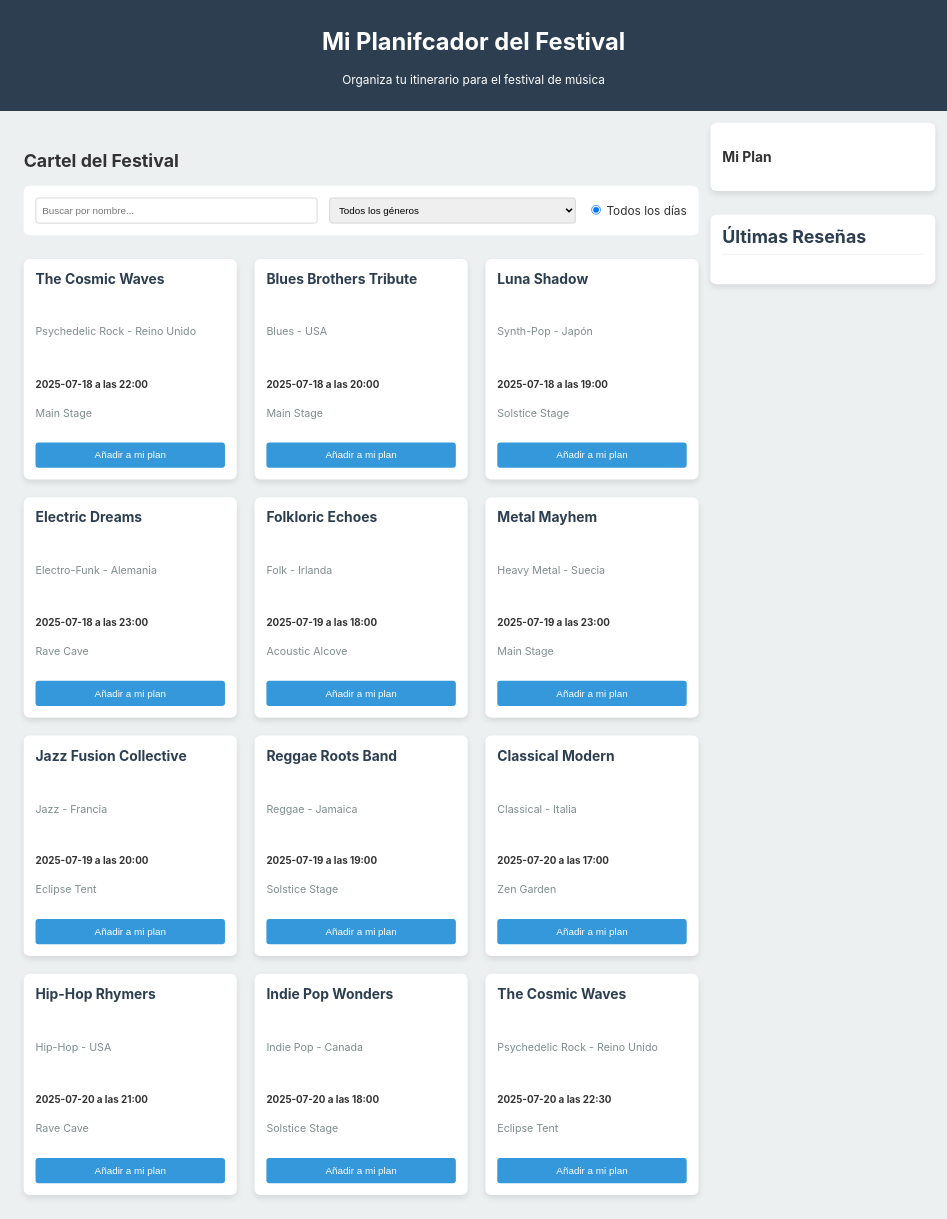
Repository: rotoforze/DWEC
Page: 2_examen_alexBernardos/index.html
The author's editor kept a copy of each file at every save. The page is drawn from the files as they stood at one save, then again after the next save.
The browser window is 1280 px wide. The pictures show the whole page, at 74% of full size.

Above is the page before, as saved 2025-12-12 11:35:43.

### 2_examen_alexBernardos/index.html
<!DOCTYPE html>
<html lang="es">
<head>
    <meta charset="UTF-8">
    <meta name="viewport" content="width=device-width, initial-scale=1.0">
    <title>Festival</title>
    <link rel="stylesheet" href="css/style.css">
</head>
<body>
    <!-- Encabezado principal de la aplicación -->
    <header>
        <h1>Mi Planifcador del Festival</h1>
        <p>Organiza tu itinerario para el festival de música</p>
    </header>

    <!-- Contenedor principal de la aplicación: organiza el dashboard y la columna derecha -->
    <div class="container">
        <!-- Sección principal del dashboard: muestra el cartel del festival y los filtros -->
        <main id="dashboard">
            <h2>Cartel del Festival</h2>
            <!-- Formulario de filtros para buscar y categorizar artistas -->
            <form id="filter-form">
                <input type="text" id="search-name" placeholder="Buscar por nombre...">
                <select id="filter-genre">
                    <option value="">Todos los géneros</option>
                    <!-- Las opciones de género se cargarán aquí dinámicamente mediante JavaScript -->
                </select>
                <div id="filter-day" class="radio-group">
                    <label><input type="radio" name="day" value="" checked> Todos los días</label>
                    <!-- Las opciones de día se cargarán aquí dinámicamente mediante JavaScript -->
                </div>
            </form>
            <!-- Contenedor donde se mostrarán las tarjetas de los artistas filtrados -->
            <div id="artist-list" class="grid-container">
                <!-- Las tarjetas de artistas se insertarán aquí por JavaScript -->
            </div>
        </main>

        <!-- Columna lateral derecha: contiene el plan del usuario y las reseñas -->
        <div class="right-column">
            <!-- Sección para el plan personalizado del usuario -->
            <aside id="my-plan-container">
                <h3>Mi Plan</h3>
                <!-- Lista donde se añadirán las actuaciones seleccionadas por el usuario -->
                <ul id="plan-list">
                    <!-- Las actuaciones añadidas aparecerán aquí por JavaScript -->
                </ul>
            </aside>
            <!-- Sección para mostrar las reseñas de los artistas -->
            <section id="reviews-section">
                <h2>Últimas Reseñas</h2>
                <!-- Contenedor donde se mostrarán las tarjetas de las reseñas -->
                <div id="reviews-list">
                    <!-- Las reseñas se insertarán aquí por JavaScript -->
                </div>
            </section>
        </div>
    </div>

    <!-- Modal para el formulario de reseña (inicialmente oculto) -->
    <div id="review-modal" class="modal-overlay" style="display: none;">
        <div class="modal-content">
            <button class="close-modal">&times;</button>
            <h3 id="modal-artist-name">Dejar reseña para...</h3>
            <!-- Formulario de reseña del artista. La validación se realiza en el cliente. -->
            <form id="review-form" novalidate>
                <div class="form-group">
                    <label>Calificación:</label>
                    <div class="star-rating">
                        <!-- Campos de radio para la calificación por estrellas (5 a 1) -->
                        <input type="radio" id="star5" name="rating" value="5" required><label for="star5" title="5 stars">★</label>
                        <input type="radio" id="star4" name="rating" value="4"><label for="star4" title="4 stars">★</label>
                        <input type="radio" id="star3" name="rating" value="3"><label for="star3" title="3 stars">★</label>
                        <input type="radio" id="star2" name="rating" value="2"><label for="star2" title="2 stars">★</label>
                        <input type="radio" id="star1" name="rating" value="1"><label for="star1" title="1 star">★</label>
                    </div>
                    <span class="error-message"></span>
                </div>
                <div class="form-group">
                    <label for="comment">Comentario:</label>
                    <textarea id="comment" name="comment" rows="4" minlength="15" required></textarea>
                    <span class="error-message"></span>
                </div>
                <div class="form-group">
                    <label for="email">Email:</label>
                    <input type="email" id="email" name="email" required>
                    <span class="error-message"></span>
                </div>
                <button type="submit">Enviar Reseña</button>
            </form>
        </div>
    </div>


    <!-- Mensaje de éxito temporal para confirmaciones de usuario (inicialmente oculto) -->
    <div id="success-message" class="success-message" style="display: none;"></div>

    <!-- Enlace al archivo JavaScript principal de la aplicación.
         El atributo 'type="module"' permite usar importaciones y exportaciones de módulos. -->
    <script src="js/main.js" type="module"></script>
</body>
</html>

### 2_examen_alexBernardos/css/style.css
/* --- GENERALES Y LAYOUT --- */
/* Este bloque define variables globales (--variable) para la paleta de colores y estilos reutilizables.
   También establece los estilos base para la página, como la fuente y la maquetación principal de dos columnas usando Flexbox. */
:root {
    --primary-color: #2c3e50;
    --secondary-color: #3498db;
    --background-color: #ecf0f1;
    --card-bg-color: #ffffff;
    --text-color: #333;
    --error-color: #e74c3c;
    --success-color: #2ecc71;
    --star-color: #f1c40f;
    --border-radius: 8px;
    --box-shadow: 0 4px 8px rgba(0, 0, 0, 0.1);
}

body {
    font-family: -apple-system, BlinkMacSystemFont, "Segoe UI", Roboto, Helvetica, Arial, sans-serif;
    margin: 0;
    background-color: var(--background-color);
    color: var(--text-color);
}

header {
    background-color: var(--primary-color);
    color: white;
    padding: 1rem 2rem;
    text-align: center;
}

.container {
    display: flex;
    flex-wrap: wrap;
    padding: 1rem;
}

main#dashboard {
    flex: 3;
    min-width: 300px;
    padding: 1rem;
}

.right-column {
    flex: 1;
    min-width: 300px;
    display: flex;
    flex-direction: column;
    gap: 2rem;
}

aside#my-plan-container {
    background-color: var(--card-bg-color);
    padding: 1rem;
    border-radius: var(--border-radius);
    box-shadow: var(--box-shadow);
}

/* --- FORMULARIO DE FILTROS --- */
/* Estilos para el formulario que permite al usuario buscar y filtrar artistas. */
#filter-form {
    display: flex;
    flex-wrap: wrap;
    gap: 1rem;
    margin-bottom: 2rem;
    background-color: var(--card-bg-color);
    padding: 1rem;
    border-radius: var(--border-radius);
}

#filter-form input[type="text"],
#filter-form select {
    padding: 0.5rem;
    border: 1px solid #ccc;
    border-radius: 4px;
    flex-grow: 1;
}

.radio-group {
    display: flex;
    gap: 1rem;
    align-items: center;
}

/* --- TARJETAS DE ARTISTAS --- */
/* Define el layout de parrilla para las tarjetas de artistas y el estilo de cada tarjeta individual,
   incluyendo efectos visuales como sombras y animaciones al pasar el ratón. */
.grid-container {
    display: grid;
    grid-template-columns: repeat(auto-fill, minmax(220px, 1fr));
    gap: 1.5rem;
}

.artist-card {
    background: var(--card-bg-color);
    border-radius: var(--border-radius);
    box-shadow: var(--box-shadow);
    padding: 1rem;
    transition: transform 0.2s, box-shadow 0.2s;
    display: flex;
    flex-direction: column;
}

.artist-card:hover {
    transform: translateY(-5px);
    box-shadow: 0 8px 16px rgba(0, 0, 0, 0.15);
}

.artist-card h3 {
    margin-top: 0;
    color: var(--primary-color);
}

.artist-card p {
    font-size: 0.9rem;
    color: #7f8c8d;
    margin: 0.5rem 0;
}

.card-schedule-info {
    font-size: 0.85rem;
    color: #34495e;
    background-color: #f8f9f9;
    padding: 0.5rem;
    border-radius: 4px;
    margin: 1rem 0;
    border-left: 3px solid var(--secondary-color);
}

.card-schedule-info span {
    display: block;
}

.card-schedule-info span:first-child {
    font-weight: bold;
}

.artist-card button {
    background-color: var(--secondary-color);
    color: white;
    border: none;
    padding: 0.6rem 1rem;
    border-radius: 4px;
    cursor: pointer;
    width: 100%;
    margin-top: auto; /* Empuja el botón al final */
    transition: background-color 0.2s;
}

.artist-card button:hover {
    background-color: #2980b9;
}

/* --- SECCIÓN "MI PLAN" --- */
/* Estilos para la lista de actuaciones que el usuario ha seleccionado.
   Incluye el estilo de cada elemento de la lista y sus botones de acción (Eliminar, Dejar reseña). */
#plan-list {
    list-style-type: none;
    padding: 0;
    margin: 0;
}

#plan-list li {
    background-color: #f9f9f9;
    padding: 0.8rem;
    margin-bottom: 0.8rem;
    border-radius: 4px;
    border-left: 5px solid var(--secondary-color);
    position: relative;
}

#plan-list .plan-item-info strong {
    display: block;
    color: var(--primary-color);
}

#plan-list .plan-item-info span {
    font-size: 0.85rem;
    color: #7f8c8d;
}

#plan-list .plan-item-actions {
    margin-top: 0.5rem;
    display: flex;
    gap: 0.5rem;
}

.plan-item-actions button {
    font-size: 0.75rem;
    padding: 0.3rem 0.6rem;
    border-radius: 3px;
    cursor: pointer;
    border: 1px solid;
}

.btn-delete {
    border-color: var(--error-color);
    color: var(--error-color);
    background: transparent;
}
.btn-review {
    border-color: var(--secondary-color);
    color: var(--secondary-color);
    background: transparent;
}
.btn-review:disabled {
    border-color: #ccc;
    color: #ccc;
    cursor: not-allowed;
}


/* --- MODAL --- */
/* Estilos para la ventana modal que aparece superpuesta.
   Define la capa de fondo oscura y el contenedor del contenido del modal. */
.modal-overlay {
    position: fixed;
    top: 0;
    left: 0;
    width: 100%;
    height: 100%;
    background-color: rgba(0, 0, 0, 0.6);
    display: flex;
    justify-content: center;
    align-items: center;
    z-index: 1000;
}

.modal-content {
    background: white;
    padding: 2rem;
    border-radius: var(--border-radius);
    width: 90%;
    max-width: 500px;
    position: relative;
}

.close-modal {
    position: absolute;
    top: 1rem;
    right: 1rem;
    background: none;
    border: none;
    font-size: 1.5rem;
    cursor: pointer;
}

/* --- FORMULARIO DE RESEÑA --- */
/* Define los estilos para el formulario dentro del modal, incluyendo los campos de entrada,
   los mensajes de error de validación y el sistema de calificación por estrellas. */
#review-form .form-group {
    margin-bottom: 1rem;
}

#review-form label {
    display: block;
    margin-bottom: 0.3rem;
}

#review-form input,
#review-form textarea {
    width: 100%;
    padding: 0.5rem;
    border: 1px solid #ccc;
    border-radius: 4px;
    box-sizing: border-box;
}

#review-form button {
    background-color: var(--success-color);
    color: white;
    padding: 0.7rem 1.5rem;
    border: none;
    border-radius: 4px;
    cursor: pointer;
}
.error-message {
    color: var(--error-color);
    font-size: 0.8rem;
    height: 1rem;
    display: block;
}
input:invalid, textarea:invalid {
    border-color: var(--error-color);
}

/* Star Rating: Implementación de calificación por estrellas con inputs de radio y CSS. */
.star-rating {
    display: flex;
    flex-direction: row-reverse;
    justify-content: flex-end;
}

.star-rating input[type="radio"] {
    display: none;
}

.star-rating label {
    color: #ccc;
    cursor: pointer;
    font-size: 2rem;
    margin: 0;
}

.star-rating input[type="radio"]:checked ~ label,
.star-rating label:hover,
.star-rating label:hover ~ label {
    color: var(--star-color);
}

/* --- MENSAJE DE ÉXITO --- */
/* Estilos para la notificación flotante que aparece tras enviar una reseña. */
.success-message {
    position: fixed;
    bottom: 20px;
    left: 50%;
    transform: translateX(-50%);
    background-color: var(--success-color);
    color: white;
    padding: 1rem 2rem;
    border-radius: var(--border-radius);
    z-index: 1001;
    box-shadow: var(--box-shadow);
}


/* --- SECCIÓN DE RESEÑAS --- */
/* Estilos para la sección que muestra las reseñas enviadas y el formato de cada tarjeta de reseña. */
#reviews-section {
    background-color: var(--card-bg-color);
    padding: 1rem;
    border-radius: var(--border-radius);
    box-shadow: var(--box-shadow);
}

#reviews-section h2 {
    text-align: left;
    margin-top: 0;
    margin-bottom: 1.5rem;
    padding-bottom: 0.5rem;
    border-bottom: 1px solid #eee;
    color: var(--primary-color);
}

#reviews-list {
    display: flex;
    flex-direction: column;
    gap: 1rem;
}

.review-card {
    background: #f9f9f9;
    border-radius: var(--border-radius);
    padding: 1rem;
    display: flex;
    flex-direction: column;
    border-left: 5px solid var(--secondary-color);
}

.review-card h4 {
    margin: 0 0 0.5rem 0;
    color: var(--primary-color);
}

.review-card-rating {
    color: var(--star-color);
    font-size: 1.2rem;
    margin-bottom: 1rem;
}

.review-card-comment {
    font-style: italic;
    color: #555;
    margin: 0;
}


/* --- RESPONSIVE --- */
/* Contiene las Media Queries para adaptar el diseño a diferentes tamaños de pantalla,
   como apilar las columnas en dispositivos móviles. */
@media (max-width: 992px) {
    .container {
        flex-direction: column;
    }
    .right-column {
        margin-top: 2rem;
        gap: 2rem;
    }
}

### 2_examen_alexBernardos/js/main.js
// js/main.js

import { cargarDatos } from "./dataManager.js";

function init(){
    // iniciamos la app
    console.log('%c Iniciando...', "color:green;");

    cargarDatos();

}


document.addEventListener('DOMContentLoaded', init);

### 2_examen_alexBernardos/js/dataManager.js
import { renderTarjetas } from "./renderer.js";

let horarios;
let artistas;
let escenarios;
let generos = [];


export async function cargarDatos() {

    console.log('%c Cargando datos de horarios.json, artistas.json, escenarios.json.', 'color:blue;');
    // guardo los horarios
    horarios = await fetchRute("./data/horarios.json");
    // guardo los artistas
    artistas = await fetchRute("./data/artistas.json");
    // guardo los escenarios
    escenarios = await fetchRute("./data/escenarios.json");
    console.log('%c Datos de horarios.json, artistas.json, escenarios.json, cargados correctamente.', 'color:blue;');

    sacarGeneros();
    ponerGenerosEnSelect();
    renderTarjetas(horarios);
}

/**
 * Saca los generos de los artistas y los mete en un array
 * no admite duplicados
 */
function sacarGeneros() {
    for (const artista of artistas) {
        if (!generos.includes(artista.genero)) {
            generos.push(artista.genero);
        }
    }
}

/**
 * Pone los generos en el select.
 */
function ponerGenerosEnSelect() {
    const listaGeneros = document.querySelector('#filter-genre');
    generos.map((genero, clave) => {
        listaGeneros.innerHTML += (`
            <option value="${clave}">${genero}</option>
            `);
    })
}

/**
 * Recibe un id de un artista y devuelve el objeto correspondiente
 *
 * @param {String} id
 * @returns {object}
 */
export function getArtista(id) {
    for (const artista of artistas) {
        if (artista.id == id) {
            return artista;
        }
    }
}

/**
 * Recibe un id de un escenario y devuelve el objeto correspondiente
 *
 * @param {String} id
 * @returns {object}
 */
export function getEscenario(id) {
    for (const escenario of escenarios) {
        if (escenario.id == id) {
            return escenario;
        }
    }
}

/**
 * Recibe una ruta, usando una promesa, hace un fetch y devuelve su resultado.
 *
 * @param {File} rute
 */
async function fetchRute(rute) {
    return new Promise((resolve, reject) =>
        fetch(rute)
            .then(resp => resp.json())
            .then((data) => resolve(data))
            .catch((error) => reject(error)));
}

### 2_examen_alexBernardos/js/renderer.js
import { getArtista, getEscenario } from "./dataManager.js";

export function renderTarjetas(horarios) {
    const contenedor = document.querySelector("#artist-list");
    contenedor.innerHTML = "";
    for (const horario of horarios) {
        contenedor.innerHTML += nuevaTarjeta(horario.artistaId, horario.dia,
                                    horario.horaInicio, horario.escenarioId);
    }
}

function nuevaTarjeta(artistaId, dia, horaInicio, escenarioId) {
    return (`
        <div class="grid-container artist-card">
            <h3>${getArtista(artistaId).nombre}</h3>
            <p>${getArtista(artistaId).genero} - ${getArtista(artistaId).pais}</p>
            <div>
                <h5>${dia} a las ${horaInicio}</h5>
                <p>${getEscenario(escenarioId).nombre}</p>
            </div>
            <button>Añadir a mi plan</button>
        </div>
        `)
}

### 2_examen_alexBernardos/data/horarios.json
[
  {
    "artistaId": "a1",
    "escenarioId": "e6",
    "dia": "2025-07-18",
    "horaInicio": "22:00",
    "duracion": 90
  },
  {
    "artistaId": "a3",
    "escenarioId": "e6",
    "dia": "2025-07-18",
    "horaInicio": "20:00",
    "duracion": 90
  },
  {
    "artistaId": "a2",
    "escenarioId": "e1",
    "dia": "2025-07-18",
    "horaInicio": "19:00",
    "duracion": 60
  },
  {
    "artistaId": "a4",
    "escenarioId": "e4",
    "dia": "2025-07-18",
    "horaInicio": "23:00",
    "duracion": 75
  },
  {
    "artistaId": "a5",
    "escenarioId": "e5",
    "dia": "2025-07-19",
    "horaInicio": "18:00",
    "duracion": 60
  },
  {
    "artistaId": "a6",
    "escenarioId": "e6",
    "dia": "2025-07-19",
    "horaInicio": "23:00",
    "duracion": 120
  },
  {
    "artistaId": "a7",
    "escenarioId": "e2",
    "dia": "2025-07-19",
    "horaInicio": "20:00",
    "duracion": 90
  },
  {
    "artistaId": "a8",
    "escenarioId": "e1",
    "dia": "2025-07-19",
    "horaInicio": "19:00",
    "duracion": 75
  },
  {
    "artistaId": "a9",
    "escenarioId": "e3",
    "dia": "2025-07-20",
    "horaInicio": "17:00",
    "duracion": 60
  },
  {
    "artistaId": "a10",
    "escenarioId": "e4",
    "dia": "2025-07-20",
    "horaInicio": "21:00",
    "duracion": 90
  },
  {
    "artistaId": "a11",
    "escenarioId": "e1",
    "dia": "2025-07-20",
    "horaInicio": "18:00",
    "duracion": 75
  },
  {
    "artistaId": "a1",
    "escenarioId": "e2",
    "dia": "2025-07-20",
    "horaInicio": "22:30",
    "duracion": 90
  }
]

### 2_examen_alexBernardos/data/artistas.json
[
  {
    "id": "a1",
    "nombre": "The Cosmic Waves",
    "genero": "Psychedelic Rock",
    "pais": "Reino Unido",
    "miembros": ["Alex", "Zoe", "Sam", "Leo"],
    "fansEstimados": 12000
  },
  {
    "id": "a2",
    "nombre": "Luna Shadow",
    "genero": "Synth-Pop",
    "pais": "Japón",
    "miembros": ["Yuki"],
    "fansEstimados": 8000
  },
  {
    "id": "a3",
    "nombre": "Blues Brothers Tribute",
    "genero": "Blues",
    "pais": "USA",
    "miembros": ["Jake", "Elwood"],
    "fansEstimados": 15000
  },
  {
    "id": "a4",
    "nombre": "Electric Dreams",
    "genero": "Electro-Funk",
    "pais": "Alemania",
    "miembros": ["DJ Spark", "BassBot"],
    "fansEstimados": 9500
  },
  {
    "id": "a5",
    "nombre": "Folkloric Echoes",
    "genero": "Folk",
    "pais": "Irlanda",
    "miembros": ["Fiona", "Liam", "Aoife"],
    "fansEstimados": 7000
  },
  {
    "id": "a6",
    "nombre": "Metal Mayhem",
    "genero": "Heavy Metal",
    "pais": "Suecia",
    "miembros": ["Thor", "Odin", "Loki"],
    "fansEstimados": 18000
  },
  {
    "id": "a7",
    "nombre": "Jazz Fusion Collective",
    "genero": "Jazz",
    "pais": "Francia",
    "miembros": ["Pierre", "Marie", "Louis"],
    "fansEstimados": 6000
  },
  {
    "id": "a8",
    "nombre": "Reggae Roots Band",
    "genero": "Reggae",
    "pais": "Jamaica",
    "miembros": ["Rasta Joe", "Mama Earth"],
    "fansEstimados": 11000
  },
  {
    "id": "a9",
    "nombre": "Classical Modern",
    "genero": "Classical",
    "pais": "Italia",
    "miembros": ["Maestro Carlo"],
    "fansEstimados": 4000
  },
  {
    "id": "a10",
    "nombre": "Hip-Hop Rhymers",
    "genero": "Hip-Hop",
    "pais": "USA",
    "miembros": ["MC Flow", "Beat Master"],
    "fansEstimados": 13000
  },
  {
    "id": "a11",
    "nombre": "Indie Pop Wonders",
    "genero": "Indie Pop",
    "pais": "Canada",
    "miembros": ["Chloe", "Finn"],
    "fansEstimados": 8500
  }
]

### 2_examen_alexBernardos/data/escenarios.json
[
  {
    "id": "e1",
    "nombre": "Solstice Stage",
    "capacidad": 15000,
    "ubicacion": "Zona Norte"
  },
  {
    "id": "e2",
    "nombre": "Eclipse Tent",
    "capacidad": 5000,
    "ubicacion": "Zona Oeste"
  },
  {
    "id": "e3",
    "nombre": "Zen Garden",
    "capacidad": 3000,
    "ubicacion": "Zona Sur"
  },
  {
    "id": "e4",
    "nombre": "Rave Cave",
    "capacidad": 7000,
    "ubicacion": "Zona Este"
  },
  {
    "id": "e5",
    "nombre": "Acoustic Alcove",
    "capacidad": 1000,
    "ubicacion": "Centro"
  },
  {
    "id": "e6",
    "nombre": "Main Stage",
    "capacidad": 20000,
    "ubicacion": "Entrada Principal"
  },
  {
    "id": "e7",
    "nombre": "Chill Zone",
    "capacidad": 2000,
    "ubicacion": "Junto al Lago"
  },
  {
    "id": "e8",
    "nombre": "Groove Ground",
    "capacidad": 6000,
    "ubicacion": "Área de Comida"
  },
  {
    "id": "e9",
    "nombre": "Tech Temple",
    "capacidad": 4000,
    "ubicacion": "Bosque"
  },
  {
    "id": "e10",
    "nombre": "Vibe Village",
    "capacidad": 2500,
    "ubicacion": "Campamento"
  }
]

After the next save:
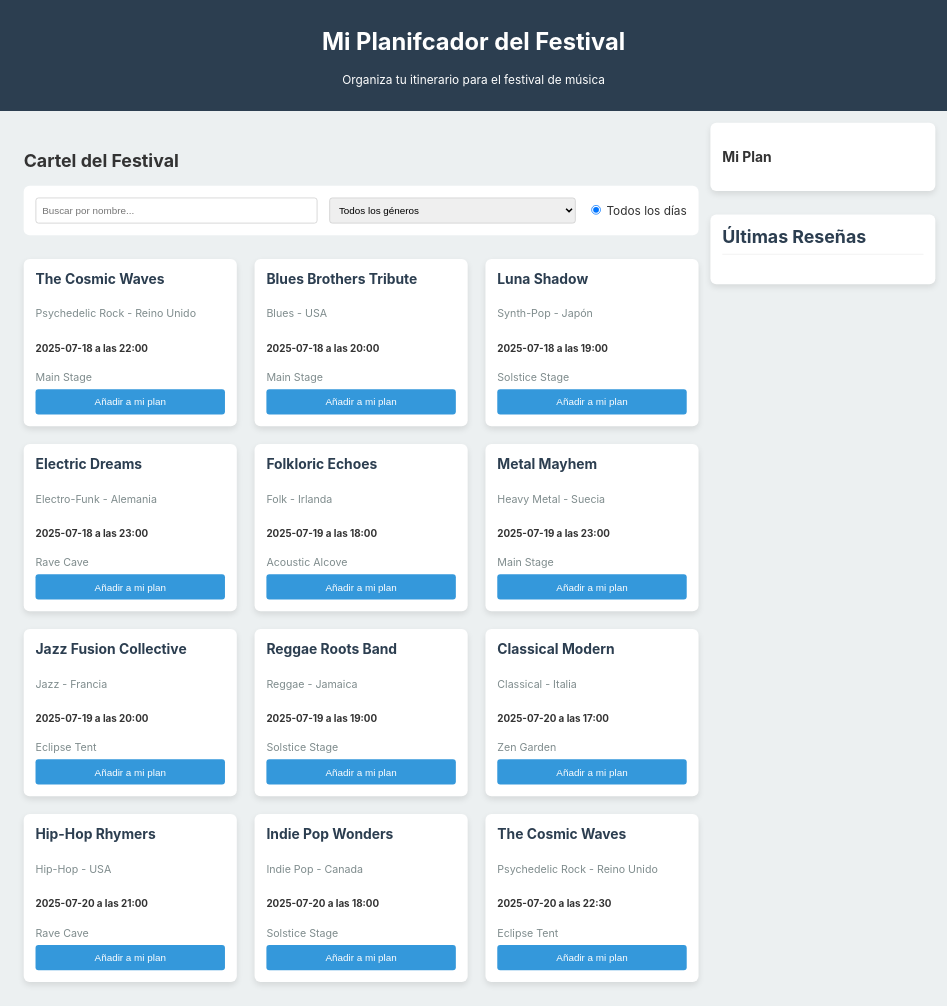
Saved 10 s later.
--- a/2_examen_alexBernardos/js/renderer.js
+++ b/2_examen_alexBernardos/js/renderer.js
@@ -11,7 +11,7 @@ export function renderTarjetas(horarios) {
 
 function nuevaTarjeta(artistaId, dia, horaInicio, escenarioId) {
     return (`
-        <div class="grid-container artist-card">
+        <div class="artist-card">
             <h3>${getArtista(artistaId).nombre}</h3>
             <p>${getArtista(artistaId).genero} - ${getArtista(artistaId).pais}</p>
             <div>
